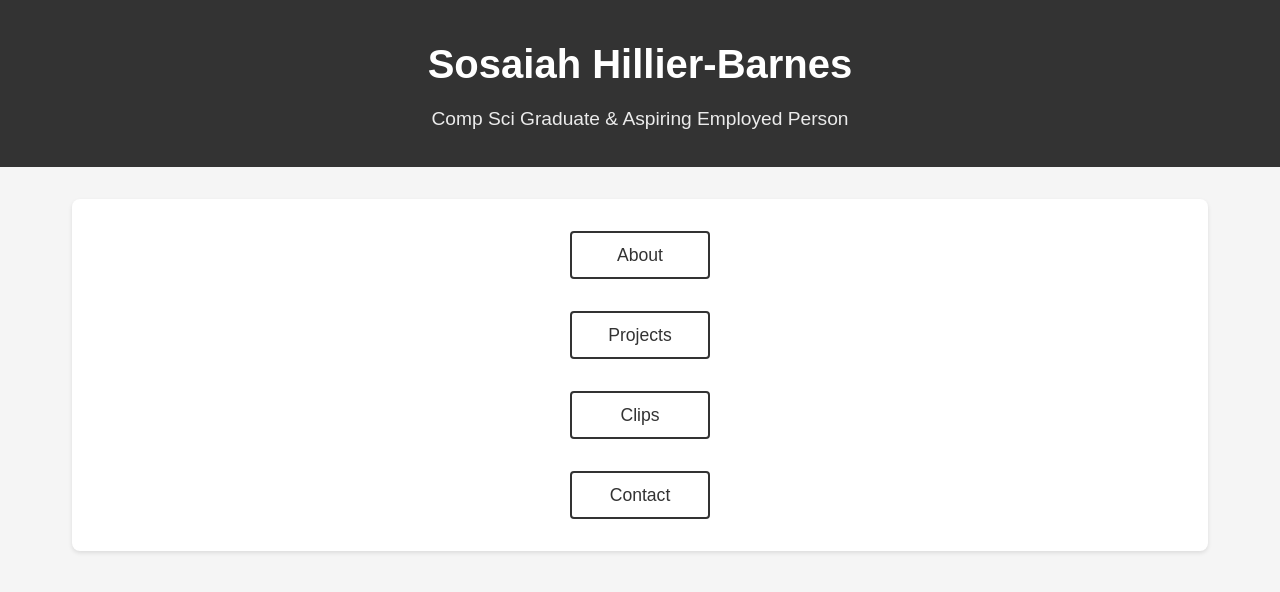
Repository: Hillier-Barnes/PortfolioWebsiteNew
Page: /
The author's editor kept a copy of each file at every save. The page is drawn from the files as they stood at one save, then again after the next save.
The browser window is 1280 px wide. The pictures show the whole page.
The project was rebuilt for these pictures with package versions that can differ from the ones it lists, and the page was loaded fresh each time. Also part of the build but not shown: vite.config.js.

Above is the page before, as saved 2025-11-12 14:38:25.

After the next save:
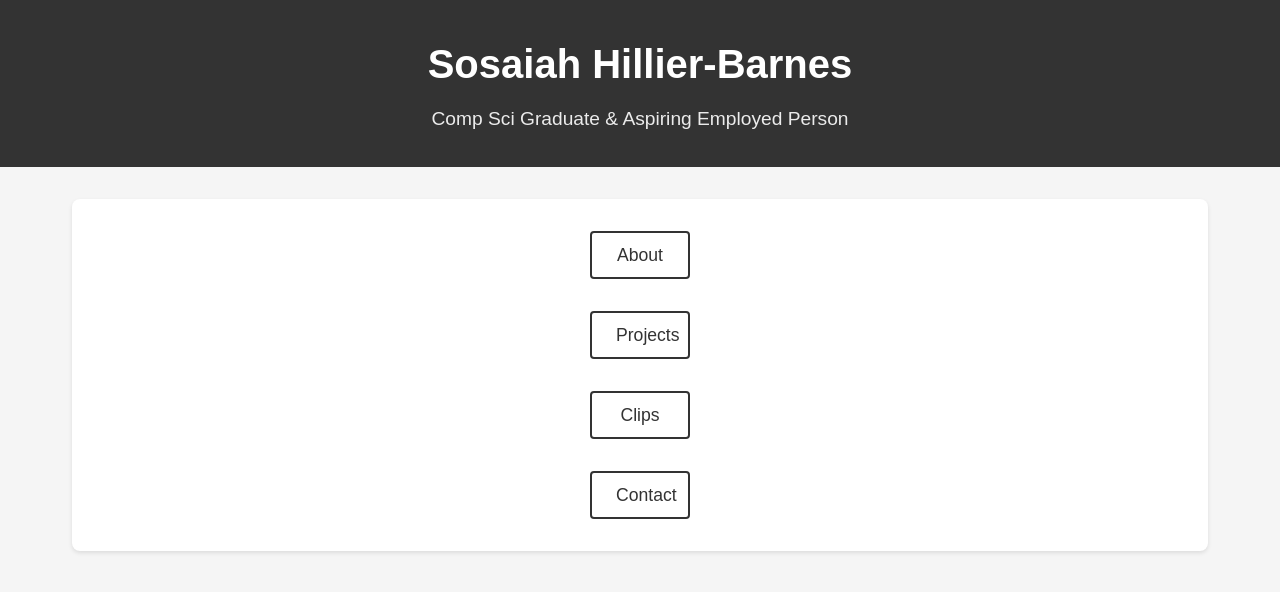
Saved 10 s later.
--- a/styles.css
+++ b/styles.css
@@ -60,8 +60,8 @@ nav a {
   transition: all 0.3s ease;
   flex: 1 1 0;
   text-align: center;
-  min-width: 140px;
-  max-width: 140px;
+  min-width: 100px;
+  max-width: 100px;
   box-sizing: border-box;
 }
 
